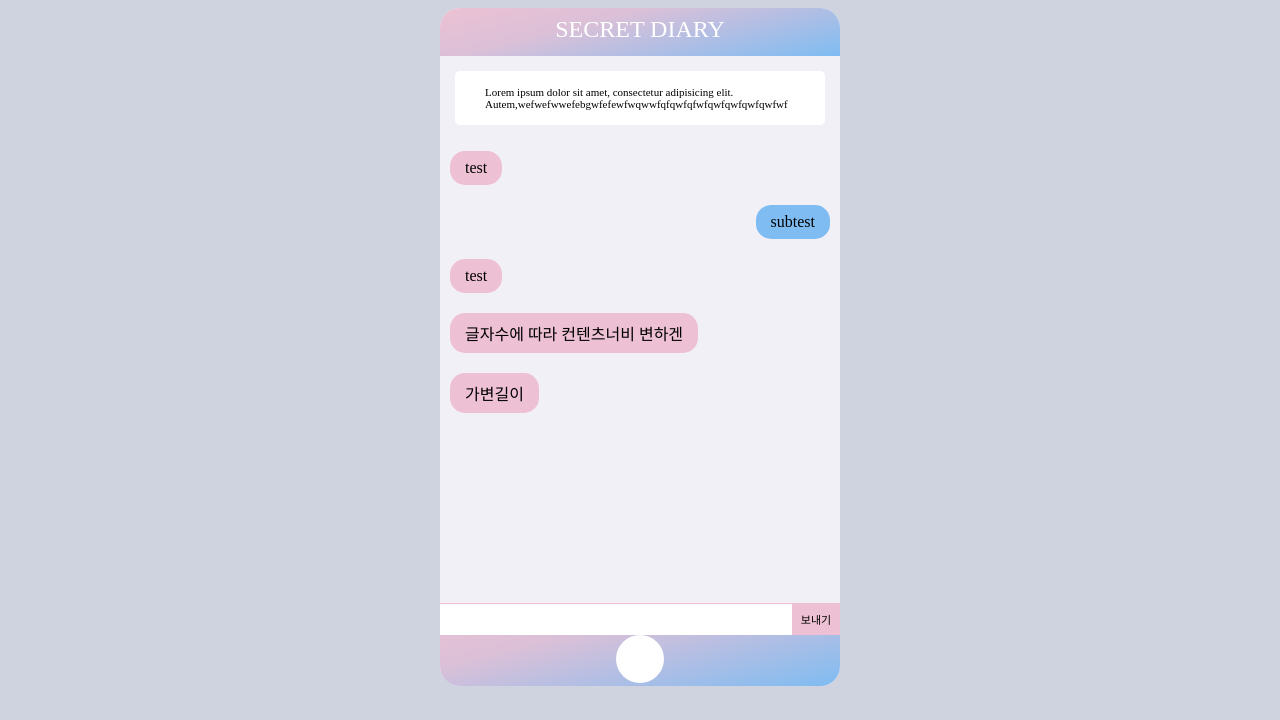
Repository: jinhee196/diary
Page: index.html
The author's editor kept a copy of each file at every save. The page is drawn from the files as they stood at one save, then again after the next save.
The browser window is 1280 px wide. The pictures show the whole page.

Above is the page before, as saved 2021-06-04 12:54:42.

After the next save:
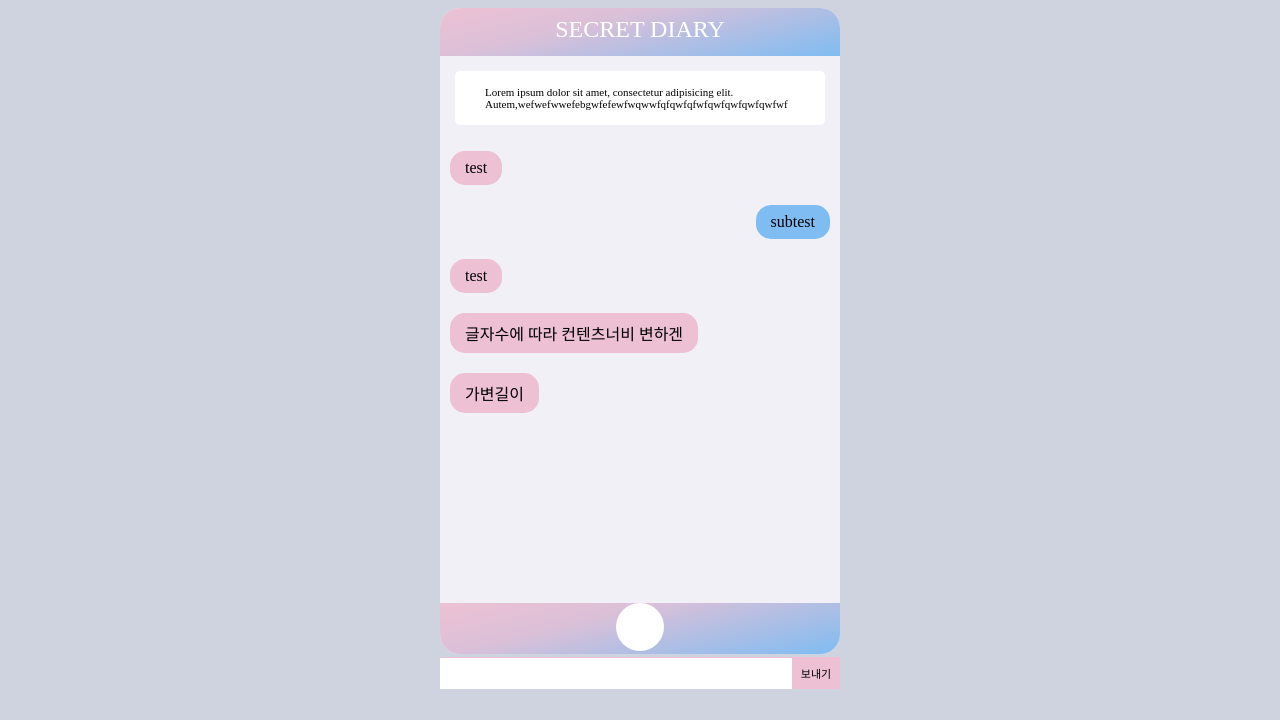
Saved 87 s later.
--- a/index.html
+++ b/index.html
@@ -19,11 +19,11 @@
           <li class="item">글자수에 따라 컨텐츠너비 변하겐</li>
           <li class="item">가변길이</li>
         </ul>
-
+        <input type="text" class="footer__input" />
+      <button class="footer__submit">보내기</button>
     </section>
     <footer class="footer">
-      <input type="text" class="footer__input" />
-      <button class="footer__submit">보내기</button>
+
       <button class="footer__button">
          <i class="fas fa-plus"></i>
        </button>
